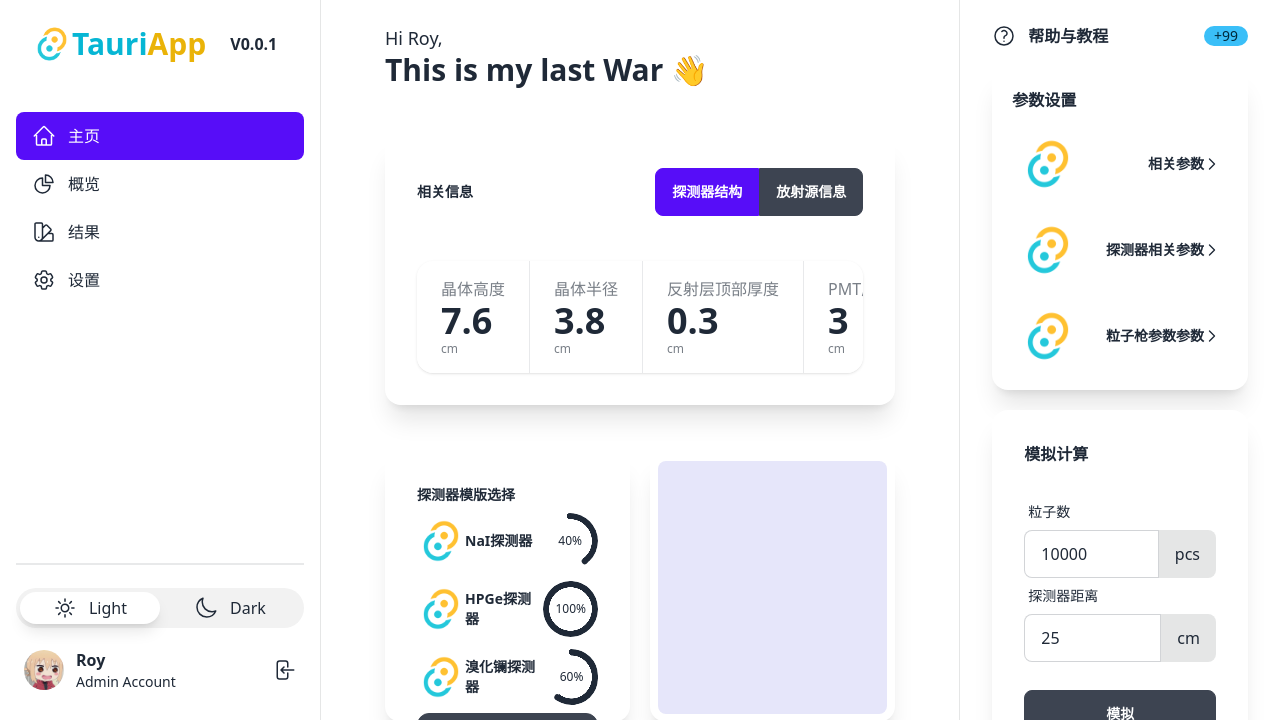
Repository: XMZOVO/tauri-geant4
Page: /
The author's editor kept a copy of each file at every save. The page is drawn from the files as they stood at one save, then again after the next save.
The browser window is 1280 px wide. The pictures show the whole page.
The page's requests for data from a server got no answer. An inner scrolling area shows only its first screen. The project was rebuilt for these pictures with package versions that can differ from the ones it lists, and the page was loaded fresh each time. No one was signed in, and anything a server would have sent is missing. Also part of the build but not shown: vite.config.ts.

Above is the page before, as saved 2022-09-11 19:03:11.

### src/main.ts
import { createApp } from "vue";
import App from "./App.vue";
import "./index.css";
import { Router } from "./router";
import { createPinia } from "pinia";

const pinia = createPinia();

createApp(App).use(pinia).use(Router).mount("#app");

### src/router/index.ts
import { createRouter, createWebHistory } from "vue-router";

const routes = [
  {
    path: "",
    component: () => import("../components/MainWindow.vue"),
    children: [
      {
        path: "",
        component: () => import("../components/Home.vue"),
      },
      {
        path: "Setting",
        component: () => import("../components/Setting.vue"),
      },
      {
        path: "Results",
        component: () => import("../components/Results.vue"),
      },
      {
        path: "Overview",
        component: () => import("../components/Overview.vue"),
      },
      // {
      //   path: "Plan",
      //   component: () => import("../components/Plan.vue"),
      // },
    ],
  },
];

export const Router = createRouter({
  scrollBehavior: () => ({ left: 0, top: 0 }),
  history: createWebHistory(),
  routes,
});

### src/components/Home.vue
<script setup lang="ts">
import { ref, onMounted } from "vue";
import { invoke } from "@tauri-apps/api/tauri";
import { useRouter, onBeforeRouteLeave, onBeforeRouteUpdate } from "vue-router";
import path from "path";
import { exit } from "@tauri-apps/api/process";
import { fetch } from "@tauri-apps/api/http";

const router = useRouter();
const greetMsg = ref("");
const name = ref("");
let specFile = ref("");
let JSRootPath = ref("/JsRoot720/");

let detectorSrc = ref(
  JSRootPath.value +
    "index.htm?nobrowser&file=http://localhost:8080/file/G4Backend/build/rootFiles/test.root&item=Default;1&opt=ssao;transp60"
);

const parametersNames = ref([
  { name: "探测器结构", checked: true },
  { name: "放射源信息", checked: false },
]);
const selectedName = ref("钻井液性能");
const detectorProperties = ref([
  { name: "晶体高度", value: 7.6, unit: "cm" },
  { name: "晶体半径", value: 3.8, unit: "cm" },
  { name: "反射层顶部厚度", value: "0.3", unit: "cm" },
  { name: "PMT厚度", value: 3, unit: "cm" },
]);
const radioactiveProperties = ref([
  { name: "放射性同位素", value: "Co60", unit: "" },
  { name: "粒子数", value: 1000, unit: "" },
  { name: "3", value: 20, unit: "" },
  { name: "4", value: 0.02, unit: "" },
  { name: "5", value: 10, unit: "" },
]);
const detectorList = ref([
  { name: "NaI探测器", percent: 40 },
  { name: "HPGe探测器", percent: 100 },
  { name: "溴化镧探测器", percent: 60 },
]);
const paticleParameters = ref([
  { name: "粒子数", value: 10000, unit: "pcs" },
  { name: "探测器距离", value: 25, unit: "cm" },
]);
const btnWait = ref("");

async function greet() {
  greetMsg.value = await invoke("greet", { name: name.value });
}

onMounted(async () => {});

const parametersInfoChanged = (name: String) => {
  if (name == "探测器结构") {
    parametersNames.value[0].checked = true;
    parametersNames.value[1].checked = false;
  } else {
    parametersNames.value[0].checked = false;
    parametersNames.value[1].checked = true;
  }
};

const executeCalculate = async () => {
  if (paticleParameters.value[0].value > 10000000) {
    alert("粒子数过大");
    return;
  }
  btnWait.value = "loading";
  const response = await fetch("http://localhost:8080/g4", {
    method: "POST",
    query: {
      ch: detectorProperties.value[0].value.toString(),
      cr: detectorProperties.value[1].value.toString(),
      rtt: detectorProperties.value[2].value.toString(),
      num: paticleParameters.value[0].value.toString(),
    },
  }).then((res) => {
    btnWait.value = "";
    router.push({ path: "/Overview" });
  });
};

const refreshDetector = async () => {
  detectorSrc.value = " ";
  await fetch("http://localhost:8080/gdml", {
    method: "GET",
    query: {
      ch: detectorProperties.value[0].value.toString(),
      cr: detectorProperties.value[1].value.toString(),
      rtt: detectorProperties.value[2].value.toString(),
      pmt: detectorProperties.value[3].value.toString(),
    },
  }).then(() => {
    // let iframe: any = document.getElementById("iframe");
    // iframe.contentWindow.location.reload(true);
    detectorSrc.value =
      JSRootPath.value +
      "index.htm?nobrowser&file=http://localhost:8080/file/G4Backend/build/rootFiles/wtest.root&item=Default;1&opt=ssao;transp60";
  });
};

const exitApp = async () => {
  await exit(1);
};
</script>

<template>
  <!-- <div class="card">
    <input id="greet-input" v-model="name" placeholder="Enter a name..." />
    <button type="button" @click="greet()">Greet</button>
  </div>

  <p>{{ greetMsg }}</p> -->

  <div class="flex h-full w-full">
    <div class="w-2/3 space-y-12 border-r border-base-300 py-6 px-16">
      <div class="h-auto">
        <span class="block text-lg font-normal">Hi Roy,</span>
        <span class="block text-3xl font-bold"
          >This is my last War &#128075;</span
        >
      </div>
      <div class="card h-2/5 w-full shadow-xl">
        <div class="card-body justify-between">
          <div class="flex justify-between">
            <p class="card-title text-sm">相关信息</p>
            <!-- 选择框 -->
            <!-- <div class="form-control w-1/3 max-w-xs">
              <select
                class="select select-bordered focus:outline-none"
                @change="parametersInfoChanged($event)"
              >
                <option v-for="item in parametersNames">{{ item }}</option>
              </select>
            </div> -->
            <div class="btn-group">
              <input
                v-for="item in parametersNames"
                type="radio"
                name="options"
                :data-title="item.name"
                class="btn"
                :checked="item.checked"
                @change="parametersInfoChanged(item.name)"
              />
            </div>
          </div>
          <!-- 统计信息 -->
          <div
            class="stats stats-vertical overflow-hidden shadow lg:stats-horizontal"
          >
            <div
              class="stat"
              v-if="parametersNames[0].checked"
              v-for="item in detectorProperties"
            >
              <div class="stat-title">{{ item.name }}</div>
              <div class="stat-value">{{ item.value }}</div>
              <div class="stat-desc">{{ item.unit }}</div>
            </div>
            <div
              class="stat"
              v-if="parametersNames[1].checked"
              v-for="item in radioactiveProperties"
            >
              <div class="stat-title">{{ item.name }}</div>
              <div class="stat-value">{{ item.value }}</div>
              <div class="stat-desc">{{ item.unit }}</div>
            </div>
          </div>
        </div>
      </div>
      <!-- 底部双卡片 -->
      <div class="flex h-2/5 space-x-5">
        <!-- 1 -->
        <div class="card w-1/2 bg-base-100 shadow-xl">
          <div class="card-body">
            <p class="text-sm font-semibold">探测器模版选择</p>
            <!-- item -->
            <div class="flex flex-col gap-3">
              <div
                v-for="(item, index) in detectorList"
                class="flex items-center justify-between"
              >
                <img src="../assets/icon.png" class="h-12 w-12" />
                <p class="text-sm font-semibold">{{ item.name }}</p>
                <div
                  class="radial-progress text-xs"
                  :style="
                    '--value: ' +
                    item.percent +
                    '; --size: 3.5rem; --thickness: 6px'
                  "
                >
                  {{ item.percent }}%
                </div>
              </div>
            </div>
            <btn class="btn rounded-xl"> 更多模版</btn>
          </div>
        </div>
        <!-- 2 -->
        <div class="card w-1/2 bg-base-100 shadow-xl">
          <div class="card-body p-2">
            <iframe
              :src="detectorSrc"
              frameborder="0"
              class="h-full w-full rounded-lg"
            ></iframe>
            <!-- <div class="h-full w-full bg-black" id="drawing"></div> -->
          </div>
        </div>
      </div>
    </div>

    <!-- 右侧 -->
    <div class="w-1/3 flex-col space-y-5 px-8 pt-6">
      <!-- 帮助 -->
      <div class="flex items-center justify-between">
        <div class="flex items-center space-x-3">
          <svg
            xmlns="http://www.w3.org/2000/svg"
            fill="none"
            viewBox="0 0 24 24"
            stroke-width="1.5"
            stroke="currentColor"
            class="h-6 w-6"
          >
            <path
              stroke-linecap="round"
              stroke-linejoin="round"
              d="M9.879 7.519c1.171-1.025 3.071-1.025 4.242 0 1.172 1.025 1.172 2.687 0 3.712-.203.179-.43.326-.67.442-.745.361-1.45.999-1.45 1.827v.75M21 12a9 9 0 11-18 0 9 9 0 0118 0zm-9 5.25h.008v.008H12v-.008z"
            />
          </svg>
          <label class="font-bold">帮助与教程</label>
        </div>
        <div class="badge badge-info">+99</div>
      </div>
      <!-- 帮助 -->
      <!-- 卡1 -->
      <div class="flex space-x-5">
        <div class="card w-full overflow-visible bg-base-100 shadow-xl">
          <div class="card-body p-5">
            <div class="flex-col space-y-5">
              <p class="text-md font-bold">参数设置</p>

              <!-- 溢流物 -->
              <div class="dropdown-left dropdown w-full">
                <div
                  tabindex="0"
                  class="flex items-center justify-between rounded-xl px-2 py-1 duration-300 hover:cursor-pointer hover:bg-primary hover:text-base-100"
                >
                  <img src="../assets/icon.png" class="h-14 w-14 rounded-xl" />
                  <div class="flex items-center">
                    <p class="text-sm font-bold">相关参数</p>
                    <svg
                      xmlns="http://www.w3.org/2000/svg"
                      fill="none"
                      viewBox="0 0 24 24"
                      stroke-width="2"
                      stroke="currentColor"
                      class="h-4 w-4"
                    >
                      <path
                        stroke-linecap="round"
                        stroke-linejoin="round"
                        d="M8.25 4.5l7.5 7.5-7.5 7.5"
                      />
                    </svg>
                  </div>
                </div>
                <!-- 浮动窗口 -->
                <div
                  tabindex="0"
                  class="card dropdown-content rounded-box w-full bg-base-100 shadow"
                >
                  <div class="card-body space-y-3">
                    <p class="font-bold">设置相关参数</p>
                    <div
                      v-for="item in overflowParam"
                      class="flex items-center justify-between"
                    >
                      <p>{{ item.name }}</p>
                      <p class="font-bold text-primary">{{ item.percent }}%</p>
                      <input
                        type="range"
                        min="0"
                        max="100"
                        v-model="item.percent"
                        class="range range-xs w-1/2"
                        step="1"
                      />
                    </div>
                  </div>
                </div>
              </div>
              <!-- 溢流物 -->
              <!-- 钻井液 -->
              <div class="dropdown-left dropdown w-full">
                <div
                  tabindex="0"
                  class="flex items-center justify-between rounded-xl px-2 py-1 duration-300 hover:cursor-pointer hover:bg-primary hover:text-base-100"
                >
                  <img src="../assets/icon.png" class="h-14 w-14 rounded-xl" />
                  <div class="flex items-center">
                    <p class="text-sm font-bold">探测器相关参数</p>
                    <svg
                      xmlns="http://www.w3.org/2000/svg"
                      fill="none"
                      viewBox="0 0 24 24"
                      stroke-width="2"
                      stroke="currentColor"
                      class="h-4 w-4"
                    >
                      <path
                        stroke-linecap="round"
                        stroke-linejoin="round"
                        d="M8.25 4.5l7.5 7.5-7.5 7.5"
                      />
                    </svg>
                  </div>
                </div>
                <!-- 浮动窗口 -->
                <div
                  tabindex="0"
                  class="card dropdown-content rounded-box w-96 bg-base-100 shadow"
                >
                  <div class="card-body space-y-1">
                    <div class="flex items-center">
                      <p class="font-bold">设置探测器参数</p>
                      <button class="btn btn-xs" @click="refreshDetector">
                        刷新探测器模型
                      </button>
                    </div>
                    <div
                      v-for="item in detectorProperties"
                      class="form-control"
                    >
                      <label class="label">
                        <span class="label-text">{{ item.name }}</span>
                      </label>
                      <label class="input-group">
                        <input
                          type="text"
                          v-model="item.value"
                          class="input input-bordered w-3/4 focus:outline-none"
                        />
                        <span class="w-1/4">{{ item.unit }}</span>
                      </label>
                    </div>
                  </div>
                </div>
              </div>
              <!-- 钻井液 -->
              <!-- 节流压 -->
              <div class="dropdown-left dropdown w-full">
                <div
                  tabindex="0"
                  class="flex items-center justify-between rounded-xl px-2 py-1 duration-300 hover:cursor-pointer hover:bg-primary hover:text-base-100"
                >
                  <img src="../assets/icon.png" class="h-14 w-14 rounded-xl" />
                  <div class="flex items-center">
                    <p class="text-sm font-bold">粒子枪参数参数</p>
                    <svg
                      xmlns="http://www.w3.org/2000/svg"
                      fill="none"
                      viewBox="0 0 24 24"
                      stroke-width="2"
                      stroke="currentColor"
                      class="h-4 w-4"
                    >
                      <path
                        stroke-linecap="round"
                        stroke-linejoin="round"
                        d="M8.25 4.5l7.5 7.5-7.5 7.5"
                      />
                    </svg>
                  </div>
                </div>
                <!-- 浮动窗口 -->
                <div
                  tabindex="0"
                  class="card dropdown-content rounded-box w-96 bg-base-100 shadow"
                >
                  <div class="card-body space-y-3">
                    <p class="font-bold">设置粒子枪参数</p>
                    <div
                      v-for="item in radioactiveProperties"
                      class="form-control"
                    >
                      <label class="label">
                        <span class="label-text">{{ item.name }}</span>
                      </label>
                      <label class="input-group">
                        <input
                          type="text"
                          v-model="item.value"
                          class="input input-bordered w-3/4 focus:outline-none"
                        />
                        <span class="w-1/4">{{ item.unit }}</span>
                      </label>
                    </div>
                  </div>
                </div>
              </div>
              <!-- 节流压 -->
            </div>
          </div>
        </div>
      </div>
      <!-- 卡2 -->
      <div class="flex space-x-5">
        <div class="card w-full bg-base-100 shadow-xl">
          <div class="card-body space-y-5">
            <p class="text-md font-bold">模拟计算</p>
            <div>
              <div v-for="item in paticleParameters" class="form-control">
                <label class="label">
                  <span class="label-text">{{ item.name }}</span>
                </label>
                <label class="input-group">
                  <input
                    type="text"
                    placeholder="0.01"
                    v-model="item.value"
                    class="input input-bordered w-full focus:outline-none"
                  />
                  <span>{{ item.unit }}</span>
                </label>
              </div>
            </div>
            <!-- 计算 -->
            <button :class="'btn w-full ' + btnWait" @click="executeCalculate">
              模拟
            </button>
          </div>
        </div>
      </div>
    </div>
  </div>
</template>

<style scoped></style>

Loaded but not shown: index.html (common file); src/App.vue (common file); src/index.css (common file); tailwind.config.cjs (common file); public/JsRoot720/modules/d3.mjs (library); public/JsRoot720/modules/gui/HierarchyPainter.mjs (library); public/JsRoot720/modules/io.mjs (3859 lines, source omitted); public/JsRoot720/modules/gpad/TFramePainter.mjs (2781 lines, source omitted); public/JsRoot720/modules/gpad/TPadPainter.mjs (2078 lines, source omitted); public/JsRoot720/modules/gui/menu.mjs (1573 lines, source omitted); public/JsRoot720/modules/core.mjs (1681 lines, source omitted); public/JsRoot720/modules/gui/display.mjs (1711 lines, source omitted); public/JsRoot720/modules/base/ObjectPainter.mjs (1608 lines, source omitted); public/JsRoot720/modules/base/math.mjs (2061 lines, source omitted); public/JsRoot720/modules/gpad/TAxisPainter.mjs (1330 lines, source omitted); public/JsRoot720/modules/hist/TPavePainter.mjs (1257 lines, source omitted); public/JsRoot720/modules/base/latex.mjs (1324 lines, source omitted); public/JsRoot720/modules/draw.mjs (618 lines, source omitted); public/JsRoot720/modules/gui/utils.mjs (511 lines, source omitted); public/JsRoot720/modules/gpad/TCanvasPainter.mjs (756 lines, source omitted); public/JsRoot720/modules/base/BasePainter.mjs (670 lines, source omitted); public/JsRoot720/modules/base/TAttFillHandler.mjs (343 lines, source omitted); public/JsRoot720/modules/base/TAttMarkerHandler.mjs (292 lines, source omitted); public/JsRoot720/modules/gui.mjs (206 lines, source omitted); public/JsRoot720/modules/base/colors.mjs (172 lines, source omitted); public/JsRoot720/modules/base/TAttLineHandler.mjs (166 lines, source omitted); public/JsRoot720/modules/base/FontHandler.mjs (139 lines, source omitted); src/components/MainWindow.vue (303 lines, source omitted)

After the next save:
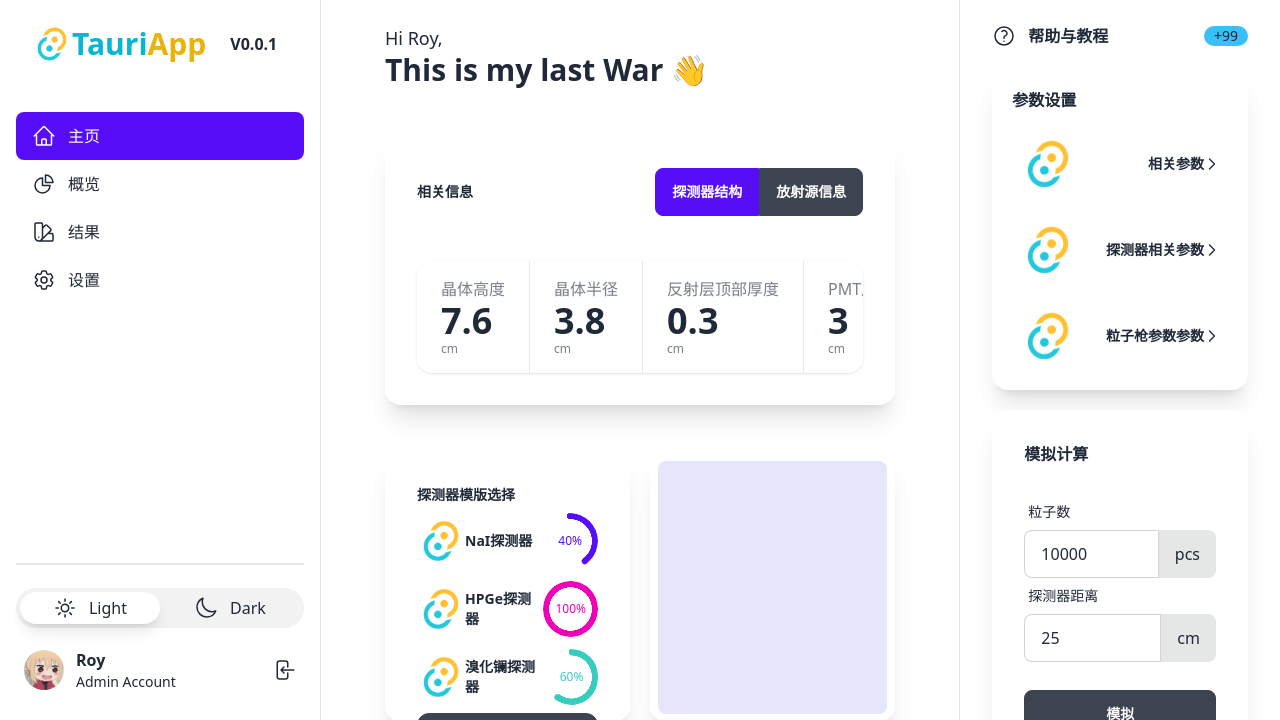
Saved 78 s later.
--- a/src/components/Home.vue
+++ b/src/components/Home.vue
@@ -188,6 +188,11 @@ const exitApp = async () => {
                 <p class="text-sm font-semibold">{{ item.name }}</p>
                 <div
                   class="radial-progress text-xs"
+                  :class="{
+                    ['text-primary']: index == 0,
+                    ['text-secondary']: index == 1,
+                    ['text-accent']: index == 2,
+                  }"
                   :style="
                     '--value: ' +
                     item.percent +
